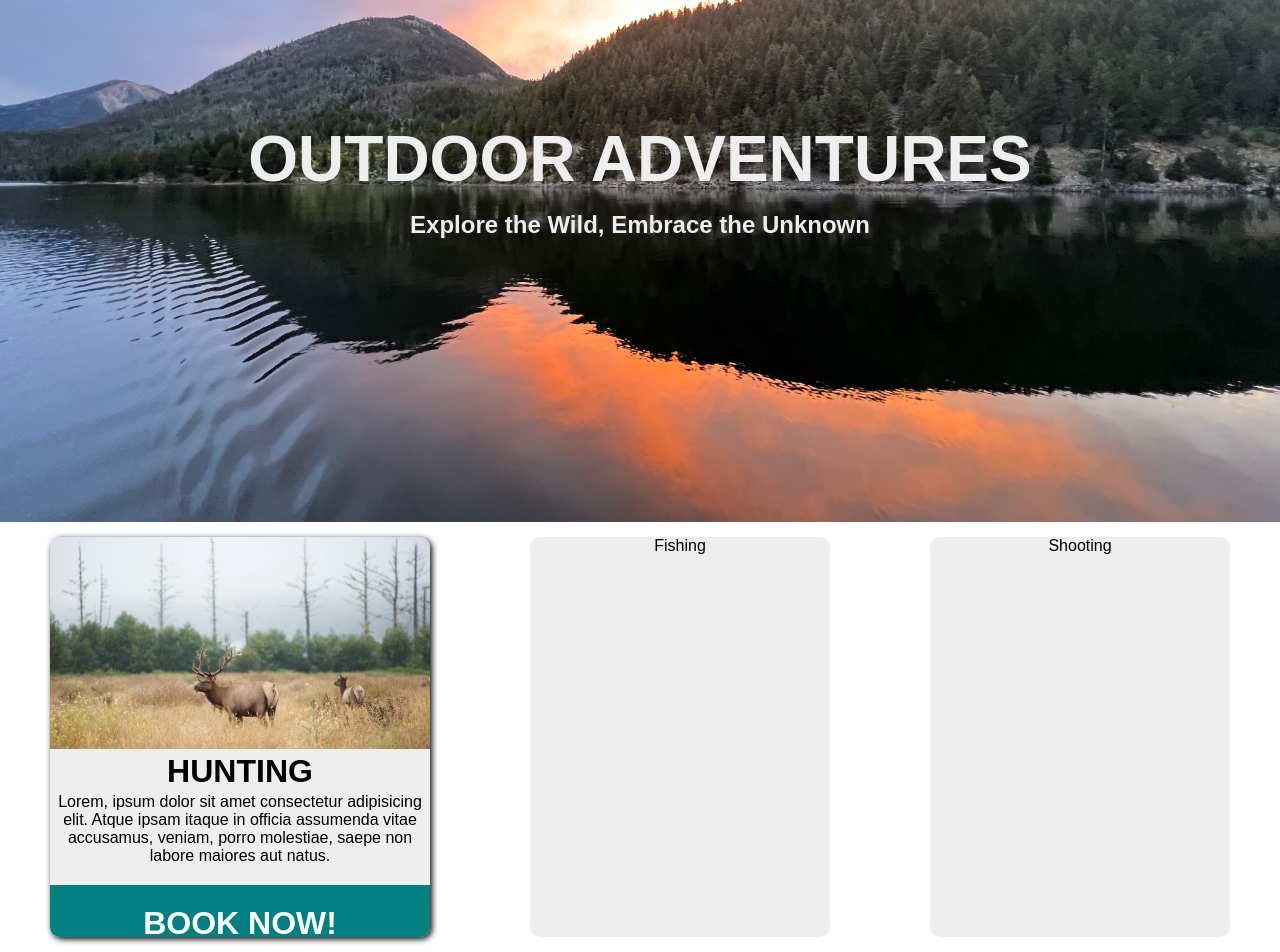
Repository: iforgotmylogin/WebDesignFinal
Page: index.html
An editor plug-in stored every save of this project. The page is shown before and after the next save, followed by the edit.
The browser window is 1280 px wide. The pictures show the part of the page from y = 290 to 1242 px (the page is 1242 px tall).
The pointer rests on the first visible `.box`.
A picture or video elsewhere on the page could not be fetched, so the positions and the page height are approximate.

Above is the page before, as saved 2024-04-07 18:43:26.

### index.html
<!DOCTYPE html>
<html lang="en">
<head>
    <link rel="stylesheet" href="css/global.css">
    <link rel="stylesheet" href="css/navbar.css">
    <link rel="stylesheet" href="css/dropdown.css">
    <link rel="stylesheet" href="https://cdn.jsdelivr.net/npm/aos@2.3.4/dist/aos.css">
    <link rel="stylesheet" href="css/homepage.css">
    <meta http-equiv="X-UA-Compatible" content ="IE=edge">
    <meta charset="UTF-8">
    <meta name="viewport" content="width=device-width, initial-scale=1.0">
    <title>Outdoor Adventures</title>
</head>
<body>
    <header>
        <a href="#"><img src="images/outdoor-adventure-logo-color.png" alt="Logo" class="logo"></a>
       <nav>
        <ul>
            <li>
                <a href="#">About</a>
            </li>
            <li class="dropdown">
                <a href="html/Booking.html">Booking</a>
                <div class="dropdown-content">
                    <a href="#">Hunting</a>
                    <a href="#">Fishing</a>
                    <a href="#">Shooting</a>
                    <a href="#">ATV Rental</a>
                </div>
            </li>
            <li>
                <a href="html/Reviews.html">Reviews</a>
            </li>
            <li>
                <a href="#">Careers</a>
            </li>
            <li>
                <a href="#">Contact</a>
            </li>
        </ul>
    </nav>



    </header>
    <main class="hero_image">
        <h1>Outdoor Adventures</h1>
        <h2>Explore the Wild, Embrace the Unknown</h2>
    </main>

    <div class="container">
        <a  href="#" data-aos="fade-up" class="box hunting">
            <img src="images/HuntingBackdrop.jpg" alt="Image of an Elk">
            <h1>Hunting</h1>
            <p>Lorem, ipsum dolor sit amet consectetur adipisicing elit. Atque ipsam itaque in officia assumenda vitae accusamus, veniam, porro molestiae, saepe non labore maiores aut natus.</p>
            <div class="home-booking-button">
                <h1>Book Now!</h1>
            </div>
        </a>

        <div data-aos="fade-up" class="box Fishing">Fishing</div>

        <div data-aos="fade-up" class="box Shooting">Shooting</div>
    </div>



    <!-- Use <div data-aos="fade-up"><div> for really cool animations that use this java script!! -->
    <script src="https://cdn.jsdelivr.net/npm/aos@2.3.4/dist/aos.js"></script>
    <script>
      AOS.init();
    </script>
</body>
</html>

### css/global.css
*{
    font-family: Arial, Helvetica, sans-serif;
}
.hero_image{
    position: absolute;
    z-index: 1;
    margin: 0 auto;
    justify-content: center;
    top: 0px;
    padding: 50px;
    height: 600px;
    position: relative;
    background-image: url("../images/IMG_0679.jpeg");
    background-size: cover;
    background-position: center;
}

.hero_image h1{
    font-size: 400%;
    color: #eee;
    text-transform: uppercase;
    text-align: center;
    margin: 250px 0 auto;
}

.hero_image h2{
    margin: 15px 0 auto;
    text-align: uppercase;
    text-align: center;
    color:#eee;
}

h1.global{
    text-align: center;
}

#usrReview_1{
    outline: 2px solid red; /*This is for "debugging" where the div is and how it's behaving*/

    padding: 30px;
}

#userPfp{
    float: left;
    max-width: 90%;
    width: 200px;
    margin-right: 10px; /* adds some spacing between the image and the text*/

}

### css/navbar.css
body{
    margin:0px;
}


header{
    display: flex;
    justify-content: space-between;
    background-color: #eee;
    border-bottom: 5px white;
    box-shadow: 0 0 5px rgba(0,0,0,.2);
}

header .logo{
    height: 100px;
    padding:4px;
}

header nav{
    display: flex;
    align-items: center;
}
header nav ul{
    margin: 0px;
    padding: 0px;
    text-align: right;
    display: flex;
    width: 100%;
    justify-content: end;
}
header nav ul li{
    list-style-type: none;
}

header nav ul li a{
  text-decoration: none;
  color: #666;
  font-weight: bold;
  font-size:15px;
  text-transform:uppercase;
  font-family:Helvetica, sans-serif;
  padding:49px 30px;
  transition: all .3s linear;
}
header nav ul li a:hover{
    background-color:teal;
    color:white;
}

header nav ul li a.active{
    background-color: burlywood;
}

### css/dropdown.css
.dropbtn {
    background-color: #eee;
    color: white;
    padding: 16px;
    font-size: 16px;
    border: none;
  }

  .dropdown {
    align-items: center;
    display: inline-block;
  }

  .dropdown-content {
    display: none;
    position:absolute;
    background-color: #eee;
    min-width: 136px;
    box-shadow: 0px 8px 16px 0px rgba(0,0,0,0.2);
    z-index: 1;
    top: 14%;
    z-index: 2; /* Makes the dropdown menu appear over the hero image */
  }

  /* Links inside the dropdown */
  .dropdown-content a {
    color: black;
    padding: 12px 16px;
    text-decoration: none;
    text-align: center;
    display: block;
  }

  .dropdown-content a:hover {background-color: teal;}

  .dropdown:hover .dropdown-content {display: block;}

  .dropdown:hover .dropbtn {background-color: teal;}

### css/homepage.css
*{
    margin:0;
    padding:0;
}
.container{
    position:relative;
    width: 100%;
    height: auto;
    display: flex;
    flex-direction: row;
    justify-content: center;
}
.box{
    position: relative;
    width: 300px;
    height: 400px;
    background:#eee;
    text-align: center;
    margin: 15px;
    box-sizing: border-box;
    overflow: hidden;
    margin-left: 50px;
    margin-right: 50px;
    border-radius: 10px;
}
.container a{
    text-decoration: none;
    color:black;
    box-shadow: 2px 2px 6px black;
}
.box:hover{
    flex:1.1;
}
.hunting img{
    width: 100%;
}
.hunting h1{
    padding-bottom: 3px;
    text-transform: uppercase;
}
.hunting p{
    padding-bottom: 20px;
}
.home-booking-button{
    padding-top: 15px;
    padding-bottom: 20px;
    background-color: teal;
}
.home-booking-button h1{
    padding-top:5px;
    color:white;
}

After the next save:
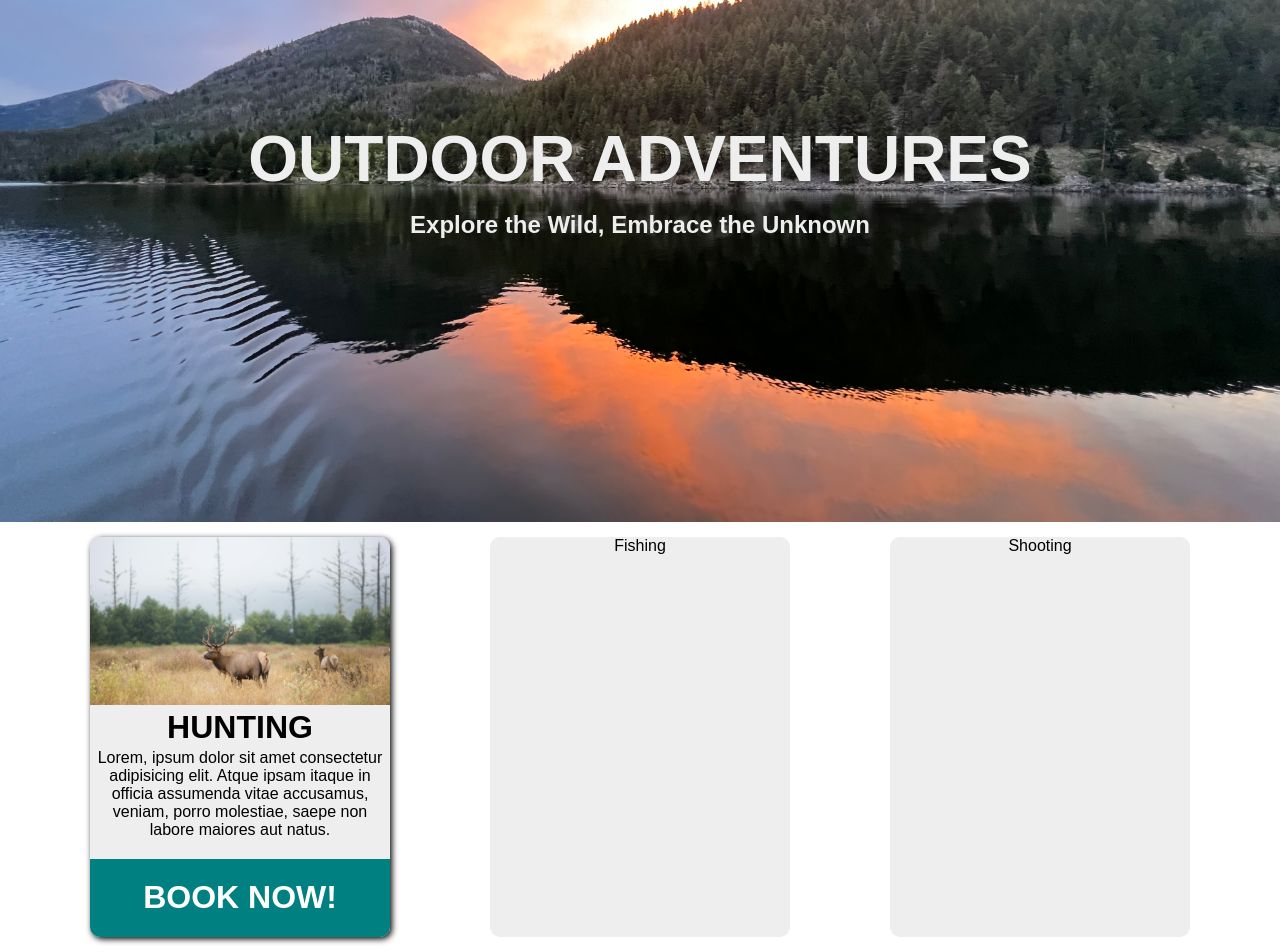
Saved 13 s later.
--- a/css/homepage.css
+++ b/css/homepage.css
@@ -29,7 +29,7 @@
     box-shadow: 2px 2px 6px black;
 }
 .box:hover{
-    flex:1.1;
+
 }
 .hunting img{
     width: 100%;
